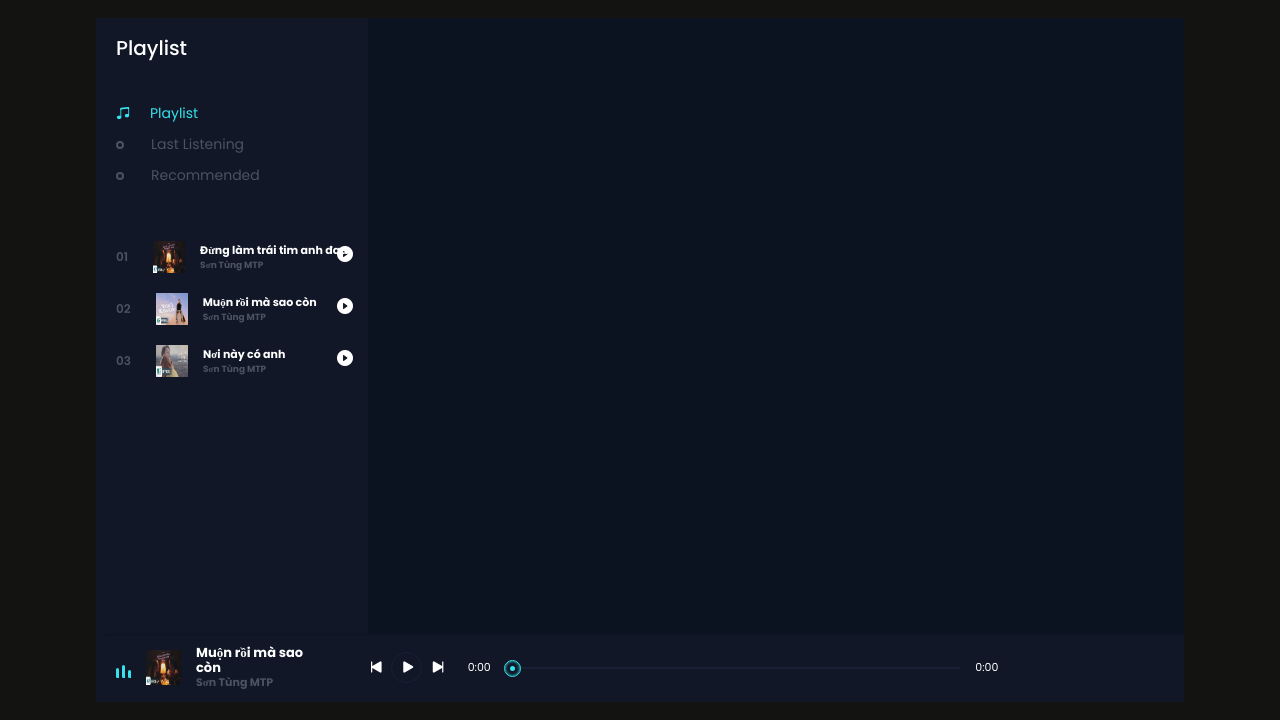
Repository: reminzuetto/Music-Website
Page: index.html
An editor plug-in stored every save of this project. The page is shown before and after the next save, followed by the edit.
The browser window is 1280 px wide. The pictures show the whole page.

Above is the page before, as saved 2024-06-11 00:13:43.

### index.html
<!DOCTYPE html>
<html lang="en">
  <head>
    <meta charset="UTF-8" />
    <meta name="viewport" content="width=device-width, initial-scale=1.0" />
    <link rel="stylesheet" href="./style.css" />
    <link
      rel="stylesheet"
      href="https://cdn.jsdelivr.net/npm/bootstrap-icons@1.11.3/font/bootstrap-icons.min.css"
    />
    <title>Music Website</title>
  </head>
  <body>
    <header>
      <div class="menu_side">
        <h1>Playlist</h1>
        <div class="playlist">
          <h4 class="active">
            <span></span><i class="bi bi-music-note-beamed"></i>Playlist
          </h4>
          <h4>
            <span></span><i class="bi bi-music-note-beamed"></i>Last Listening
          </h4>
          <h4>
            <span></span><i class="bi bi-music-note-beamed"></i>Recommended
          </h4>
        </div>
        <div class="menu_song">
          <li class="songItem">
            <span>01</span>
            <img
              src="./MusicThumbnail/DungLamTraiTimAnhDau.jpg"
              alt="DungLamTraiTimAnhDau"
            />
            <h5 class="subtitle">
              Đừng làm trái tim anh đau
              <div class="subtitle">Sơn Tùng MTP</div>
            </h5>
            <i class="bi bi-play-circle-fill"></i>
          </li>
          <li class="songItem">
            <span>02</span>
            <img
              src="./MusicThumbnail/MuonRoiMaSaoCon.jpg"
              alt="MuonRoiMaSaoCon"
            />
            <h5 class="subtitle">
              Muộn rồi mà sao còn
              <div class="subtitle">Sơn Tùng MTP</div>
            </h5>
            <i class="bi bi-play-circle-fill"></i>
          </li>
          <li class="songItem">
            <span>03</span>
            <img src="./MusicThumbnail/NoiNayCoAnh.jpg" alt="NoiNayCoAnh" />
            <h5 class="subtitle">
              Nơi này có anh
              <div class="subtitle">Sơn Tùng MTP</div>
            </h5>
            <i class="bi bi-play-circle-fill"></i>
          </li>
        </div>
      </div>
      <div class="song_side"></div>
      <div class="master_play">
        <div class="wave">
          <div class="wave1"></div>
          <div class="wave1"></div>
          <div class="wave1"></div>
        </div>
        <img
          src="./MusicThumbnail/DungLamTraiTimAnhDau.jpg"
          alt="DungLamTraiTimAnhDau"
        />
        <h5 class="subtitle">
          Muộn rồi mà sao còn
          <div class="subtitle">Sơn Tùng MTP</div>
        </h5>
        <div class="icon">
          <i class="bi bi-skip-start-fill"></i>
          <i class="bi bi-play-fill"></i>
          <i class="bi bi-skip-end-fill"> </i>
        </div>
        <span class="currentStart">0:00</span>
        <div class="bar">
          <!-- <input type="range" id="seek" min="0" value="0" max="100" /> -->
          <div class="bar2"></div>
          <div class="dot"></div>
        </div>
        <span class="currentEnd">0:00</span>
      </div>
    </header>
    <script src="./main.js"></script>
  </body>
</html>

### style.css
@import url("https://fonts.googleapis.com/css2?family=Poppins:ital,wght@0,100;0,200;0,300;0,400;0,500;0,600;0,700;0,800;0,900;1,100;1,200;1,300;1,400;1,500;1,600;1,700;1,800;1,900&display=swap");
* {
  padding: 0%;
  margin: 0%;
  box-sizing: border-box;
}

body {
  width: 100%;
  height: 100vh;
  background-color: #131312;
  font-family: "Poppins", "sans-serif";
  display: flex;
  align-items: center;
  justify-content: center;
}

header {
  width: 85%;
  height: 95%;
  /* border: 1px solid #fff; */
  display: flex;
  flex-wrap: wrap;
  overflow: hidden;
}

header .menu_side,
.song_side {
  position: relative;
  width: 25%;
  height: 90%;
  /* border: 1px solid #fff; */
  background-color: #111727;
  box-shadow: 5px 0px 2px #090f1f;
  color: #fff;
}

header .song_side {
  width: 75%;
  background: #0b1320;
}

header .master_play {
  width: 100%;
  height: 10%;
  background: #111727;
  box-shadow: 0px 3px 8px #090f1f;
}

header .menu_side h1 {
  font-size: 20px;
  margin: 15px 0px 0px 20px;
  font-weight: 500;
}

header .menu_side .playlist {
  margin: 40px 0px 0px 20px;
}
header .menu_side .playlist h4 {
  font-size: 14px;
  font-weight: 400;
  padding-bottom: 10px;
  color: #4c5262;
  cursor: pointer;
  display: flex;
  align-items: center;
  transition: 0.3 linear;
}

header .menu_side .playlist h4:hover {
  color: #fff;
}
header .menu_side .playlist h4 span {
  position: relative;
  margin-right: 35px;
}
header .menu_side .playlist h4 span::before {
  content: "";
  position: absolute;
  width: 4px;
  height: 4px;
  border: 2px solid #4c5262;
  border-radius: 50%;
  top: -4px;
  transition: 0.3s linear;
}

header .menu_side .playlist h4:hover span::before:hover {
  border: 2px solid #fff;
}

header .menu_side .playlist h4 .bi {
  display: none;
}

header .menu_side .playlist .active {
  color: #36e2ec;
}

header .menu_side .playlist .active span {
  display: none;
}

header .menu_side .playlist .active .bi {
  display: block;
  margin-right: 20px;
}

header .menu_side .menu_song {
  width: 100%;
  height: 320px;
  /* border: 1px solid #fff; */
  margin-top: 40px;
}
header .menu_side .menu_song li {
  position: relative;
  list-style: none;
  padding: 5px 0px 5px 20px;
  margin-bottom: 10px;
  cursor: pointer;
  transition: 0.3s linear;
  display: flex;
  align-items: center;
}
header .menu_side .menu_song li:hover {
  background: rgb(105, 105, 170, 0.1);
}
header .menu_side .menu_song li span {
  font-size: 12px;
  font-weight: 600;
  color: #4c5262;
}
header .menu_side .menu_song li img {
  width: 32px;
  height: 32px;
  margin-left: 25px;
}

header .menu_side .menu_song li h5 {
  font-size: 11px;
  margin-left: 15px;
}

header .menu_side .menu_song li h5 .subtitle {
  font-size: 9px;
  color: #4c5262;
}

header .menu_side .menu_song li .bi {
  position: absolute;
  right: 15px;
  top: 6px;
}

header .master_play {
  display: flex;
  align-items: center;
  padding: 0 20px;
}

header .master_play .wave {
  width: 30px;
  height: 30px;
  padding-bottom: 5px;
  display: flex;
  align-items: flex-end;
}

header .master_play .wave .wave1 {
  width: 3px;
  height: 10px;
  margin-right: 3px;
  border-radius: 10px 10px 0 10px;
  background: #36e2ec;
  animation: unset;
}

header .master_play .wave .wave1:nth-child(2) {
  /* animation-delay: 0.4s; */
  height: 13px;
}

header .master_play .wave .wave1:nth-child(3) {
  /* animation-delay: 0.8s; */
  height: 8px;
}

/* javascript wave animation class */
header .master_play .active2 .wave1 {
  animation: wave 0.5s linear infinite;
}

header .master_play .active2 .wave1:nth-child(2) {
  animation-delay: 0.4s;
}

header .master_play .active2 .wave1:nth-child(3) {
  animation-delay: 0.8s;
}
@keyframes wave {
  0% {
    height: 10px;
  }
  50% {
    height: 15px;
  }
  100% {
    height: 10px;
  }
}

header .master_play img {
  width: 35px;
  height: 35px;
}

header .master_play h5 {
  width: 130px;
  font-size: 13px;
  margin-left: 15px;
  color: #fff;
  line-height: 15px;
}

header .master_play h5 .subtitle {
  font-size: 11px;
  color: #4c5262;
}

header .master_play .icon {
  font-size: 20px;
  color: #fff;
  margin: 0 20px 0 40px;
}

header .master_play .icon .bi {
  cursor: pointer;
  outline: none;
}

header .master_play .icon .bi:nth-child(2) {
  border: 1px solid rgb(105, 105, 170, 0.1);
  border-radius: 50%;
  padding: 1px 3px 0px 6px;
  transition: 0.3 linear;
}

header .master_play span {
  width: 32px;
  font-size: 11px;
  font-weight: 400;
  color: #fff;
}

header .master_play #currentStart {
  margin: 0 0 0 20px;
}

header .master_play .bar {
  position: relative;
  width: 43%;
  height: 2px;
  background: rgb(105, 105, 170, 0.1);
  margin: 0 15px 0 10px;
}

header .master_play .bar .bar2 {
  position: absolute;
  background: #36e2ec;
  width: 0%;
  height: 100%;
  top: 0;
}

header .master_play .bar .dot {
  position: absolute;
  width: 5px;
  height: 5px;
  background: #36e2ec;
  border-radius: 50%;
  left: 0%;
  top: -1px;
  transition: 1s linear;
}

header .master_play .bar .dot::before {
  content: "";
  position: absolute;
  width: 15px;
  height: 15px;
  border: 1px solid #36e2ec;
  border-radius: 50%;
  left: -6px;
  top: -6px;
  box-shadow: inset 0 0 3px #36e2ec;
}

Loaded but not shown: main.js (no copy from this time; the picture is the same without it)

After the next save:
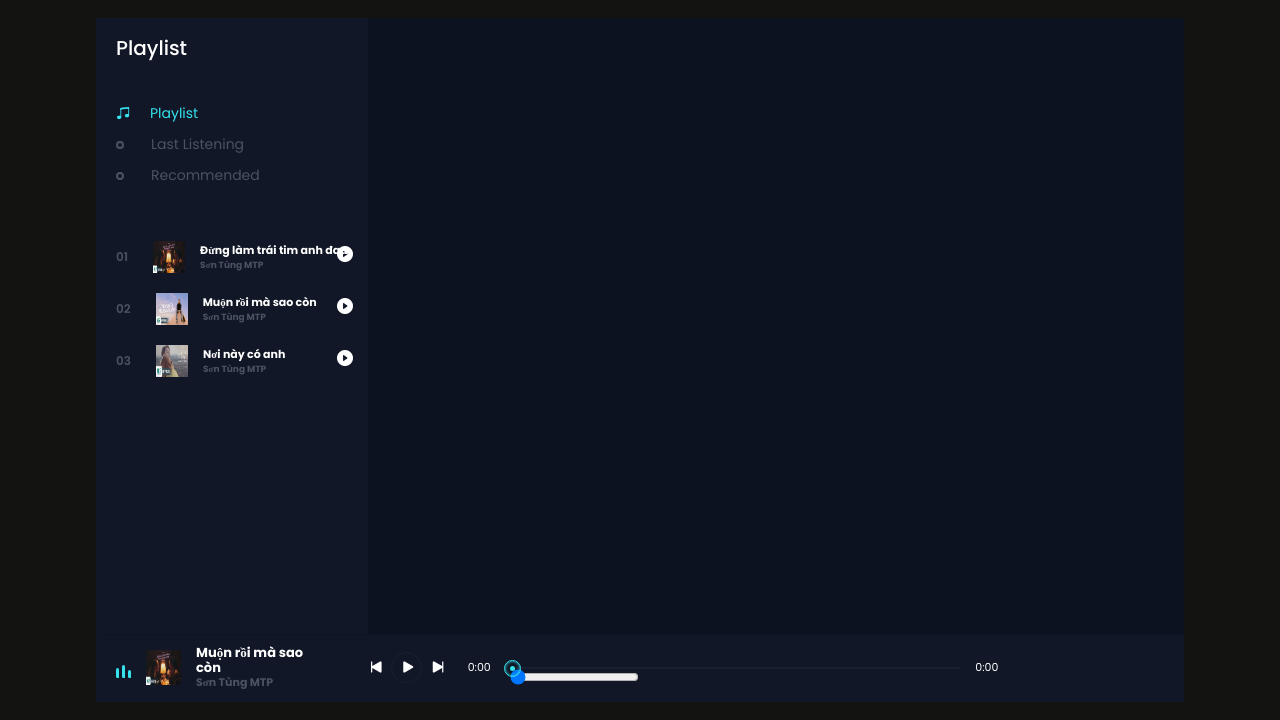
Saved 55 s later.
--- a/index.html
+++ b/index.html
@@ -83,7 +83,7 @@
         </div>
         <span class="currentStart">0:00</span>
         <div class="bar">
-          <!-- <input type="range" id="seek" min="0" value="0" max="100" /> -->
+          <input type="range" id="seek" min="0" value="0" max="100" />
           <div class="bar2"></div>
           <div class="dot"></div>
         </div>
